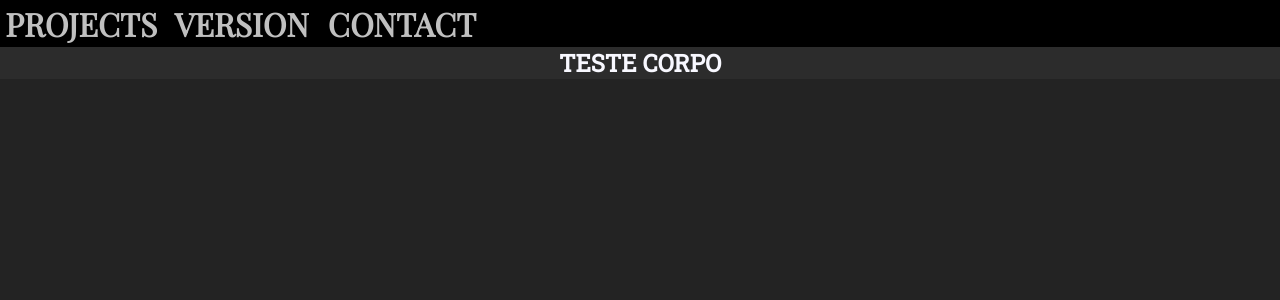
Repository: danieltrancozo/danieltrancozo.github.io
Page: index.html
An editor plug-in stored every save of this project. The page is shown before and after the next save, followed by the edit.
The browser window is 1280 px wide. The pictures show the whole page.

Above is the page before, as saved 2021-05-04 22:59:02.

### index.html
<!DOCTYPE html>
<meta charset="UFT-8">
<meta name="lenguage" content="pt-br">
<meta name="autor" content="Daniel Trancozo Vianna">
<meta name="description" content="Portifolio de Desenvolvedor Web">
<meta name="keywords" content="HTML, CSS, JS, web development, portifolio">
<html>

<head>
    <title>Minha P&aacutegina</title>
    <link rel="stylesheet" type="text/css" href="css/estilo3.css">
    <link rel="preconnect" href="https://fonts.gstatic.com">
    <link href="https://fonts.googleapis.com/css2?family=Playfair+Display&family=Roboto+Slab&display=swap" rel="stylesheet">
    <script>
    </script>
</head>
<body>
    <div class="container">
        <div class="cab">
            <h1 style="text-transform: uppercase;">
                <table class="menu">
                    <tr>
                        <td>projects</td>
                        <td>version</td>
                        <td>contact</td>
                    </tr>
                </table>
            </h1>
        </div>
        <div class="corp">
            <h2 style="text-transform: uppercase;">teste corpo</h2>
        </div>
    </div>
    <div class="t2"></div>
</body>
</html>

### css/estilo3.css
@import url('https://fonts.googleapis.com/css2?family=Playfair+Display&family=Roboto+Slab&display=swap');
* {
    margin: 0;
    padding: 0;
}
body{
    background-color: rgba(0, 0, 0, 0.863);
    color: antiquewhite;
    text-align: center;
}
.container{
    background-color: transparent;
    display: flex;
    flex-direction: column;
}
.cab{
    background-color: black;
    color: silver;
    font-family: 'Playfair Display', serif;
    height: 10%;
}
.corp{
    background-color: rgb(44, 44, 44);
    color: ghostwhite;
    font-family: 'Roboto Slab', serif;
    height: 90%;
}
.t2{
    background-color: transparent;
    width: 100%;
    height: 100%;
    visibility: hidden;
}
.manu{
    width:100%;
    text-align: center;
    border-color: transparent;
}
td{
    width: 32%;
    margin: 10px;
}

After the next save:
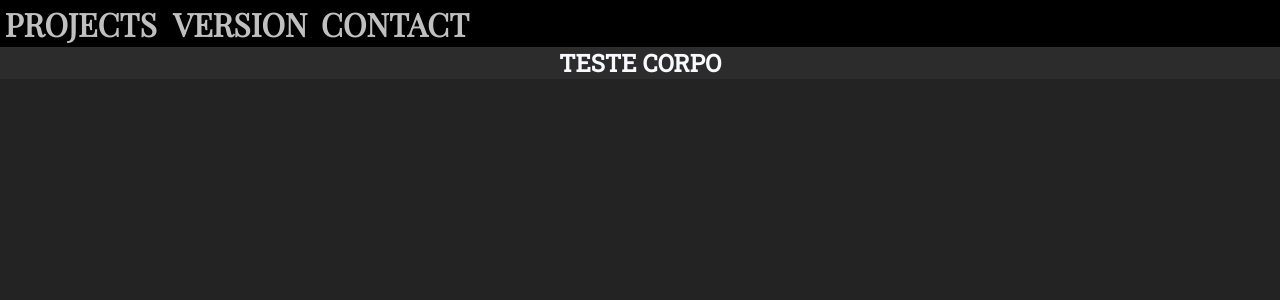
Saved 27 s later.
--- a/css/estilo3.css
+++ b/css/estilo3.css
@@ -37,6 +37,5 @@ body{
     border-color: transparent;
 }
 td{
-    width: 32%;
-    margin: 10px;
+    width: 34%;
 }
